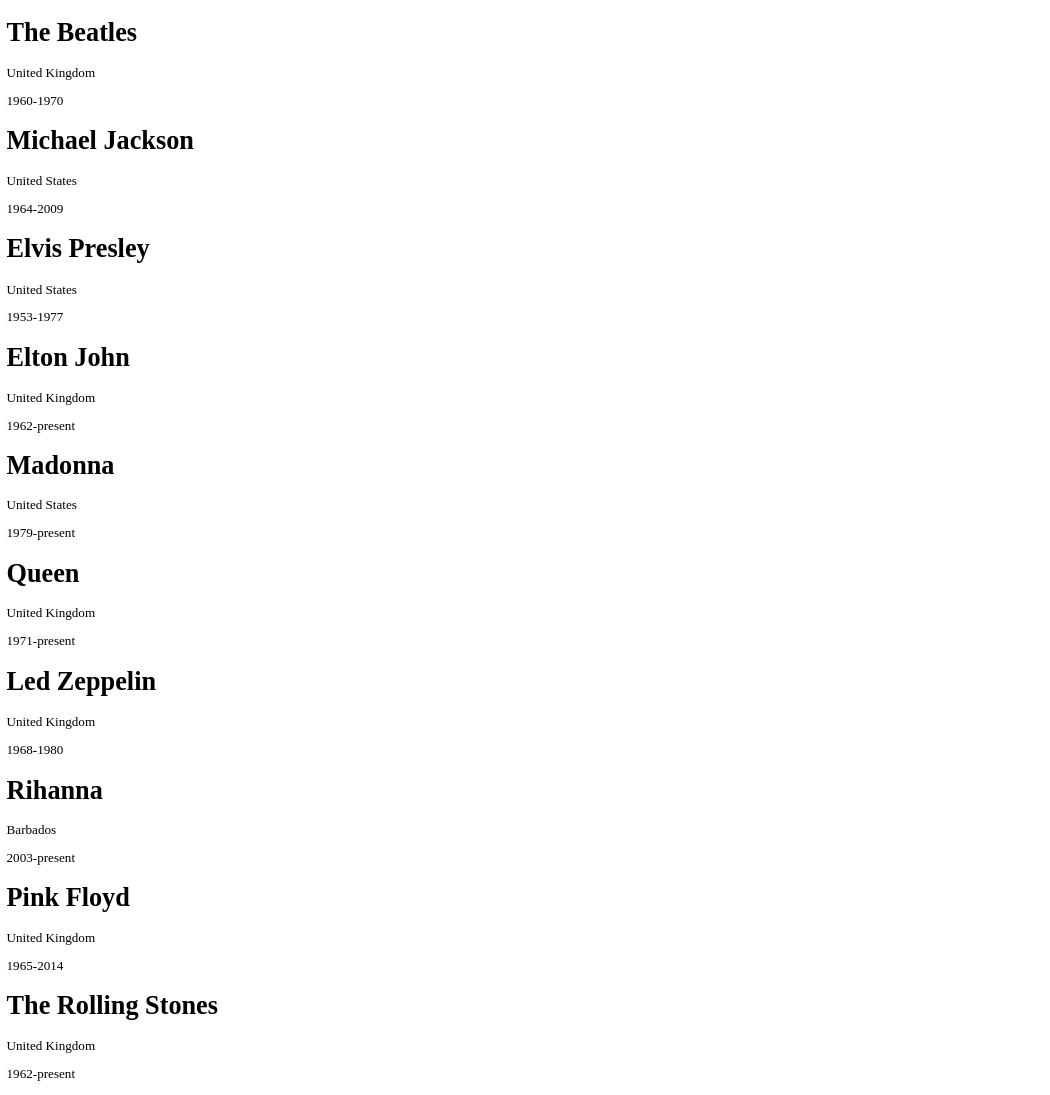
Repository: Jennica1/FRONTEND-LAB2
Page: /
The author's editor kept a copy of each file at every save. The page is drawn from the files as they stood at one save, then again after the next save.
The browser window is 1280 px wide. The pictures show the whole page, at 82% of full size.
The project was rebuilt for these pictures with package versions that can differ from the ones it lists, and the page was loaded fresh each time. Also part of the build but not shown: vite.config.js, src/index.css.

Above is the page before, as saved 2024-09-18 08:55:11.

After the next save:
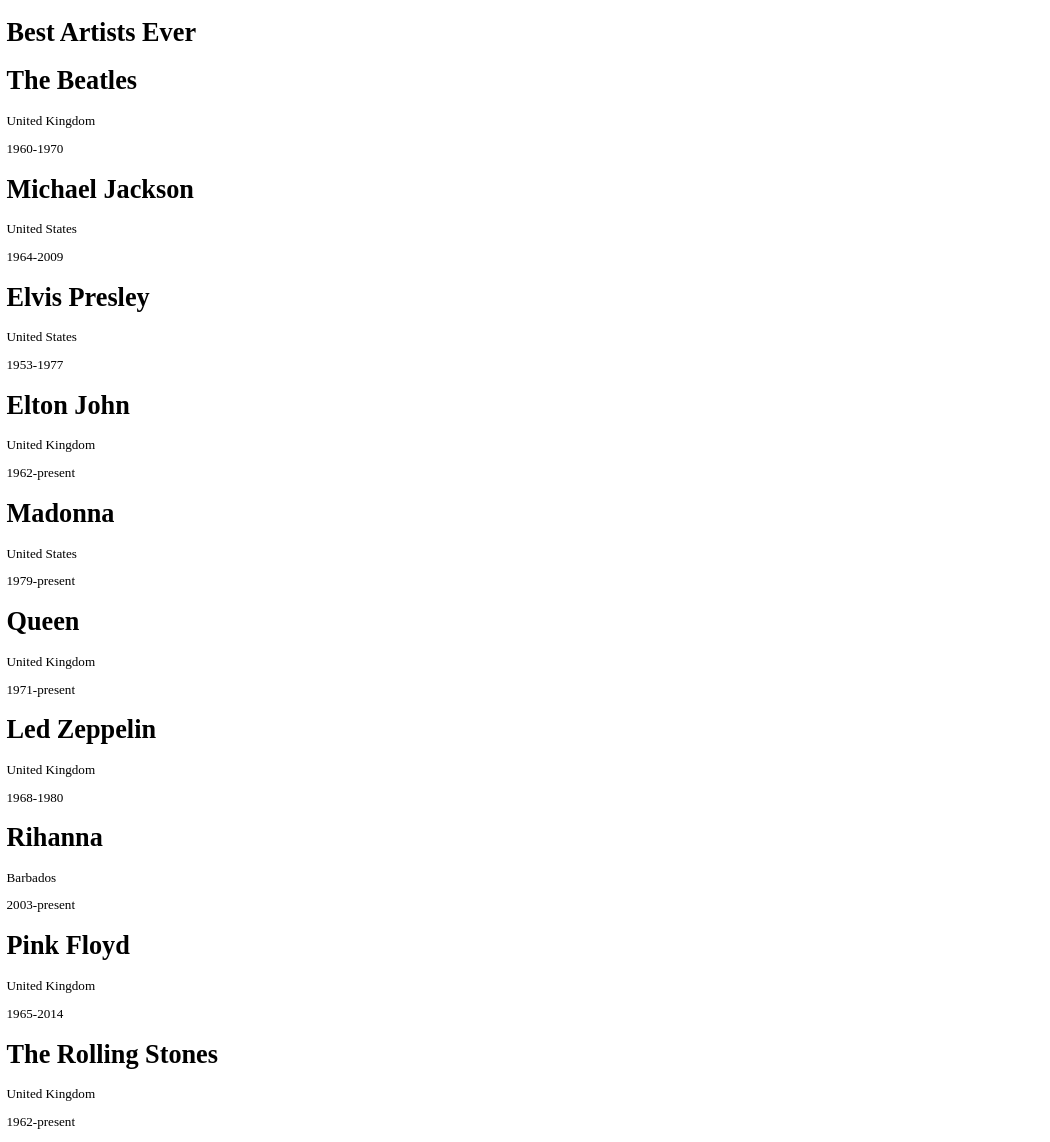
Saved 33 s later.
--- a/src/components/Header.jsx
+++ b/src/components/Header.jsx
@@ -1,7 +1,7 @@
-export default function Header(props) {
+export default function Header() {
     return(
         <div className="header">
-            {props.children}
+            <h1>Best Artists Ever</h1>
         </div>
     )
 }
